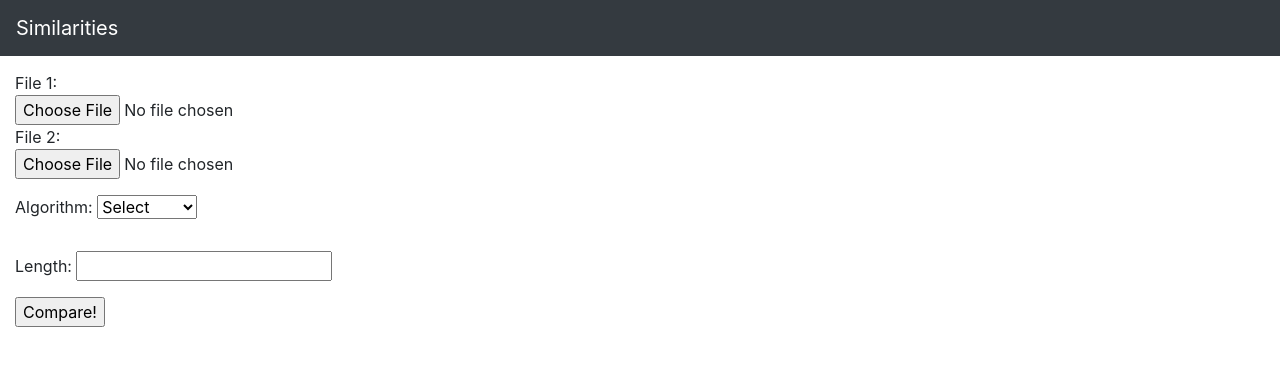
Repository: AllardQuek/CS50x
Page: http://localhost/
The author's editor kept a record of every edit. The page is drawn from the files as they stood at one moment, then again after the next edit.
The browser window is 1280 px wide. The pictures show the whole page.
Some web libraries are served in a nearby version. The page is served by the project's application, run on Flask 3 (pset7/similarities/application.py).

Above is the page before.

After the next edit:
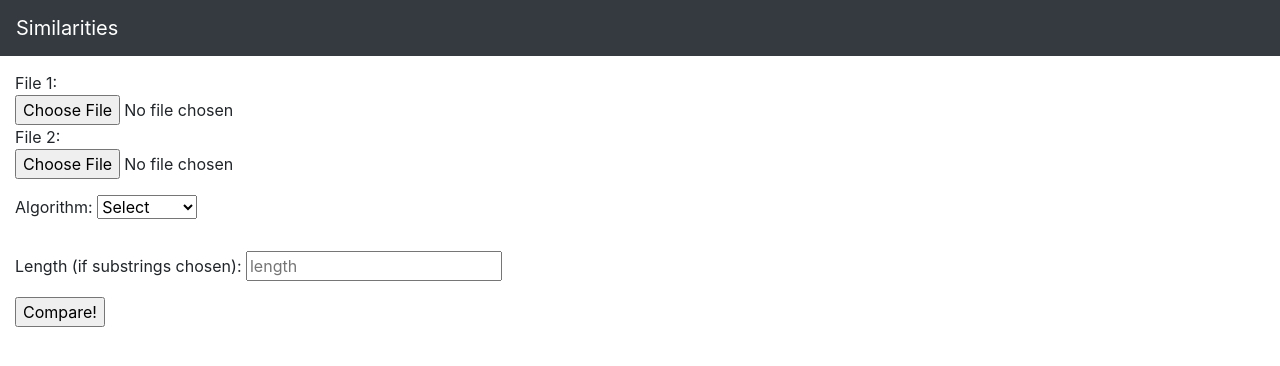
The edit:
--- a/pset7/similarities/templates/index.html
+++ b/pset7/similarities/templates/index.html
@@ -22,7 +22,7 @@
 
             </div>
             <div class="form-group">
-                Length: <input type="number" name="length">
+                Length (if substrings chosen): <input type="number" min="1" placeholder="length" name="length" >
             </div>
             <button type="submit">Compare!</button>
 
